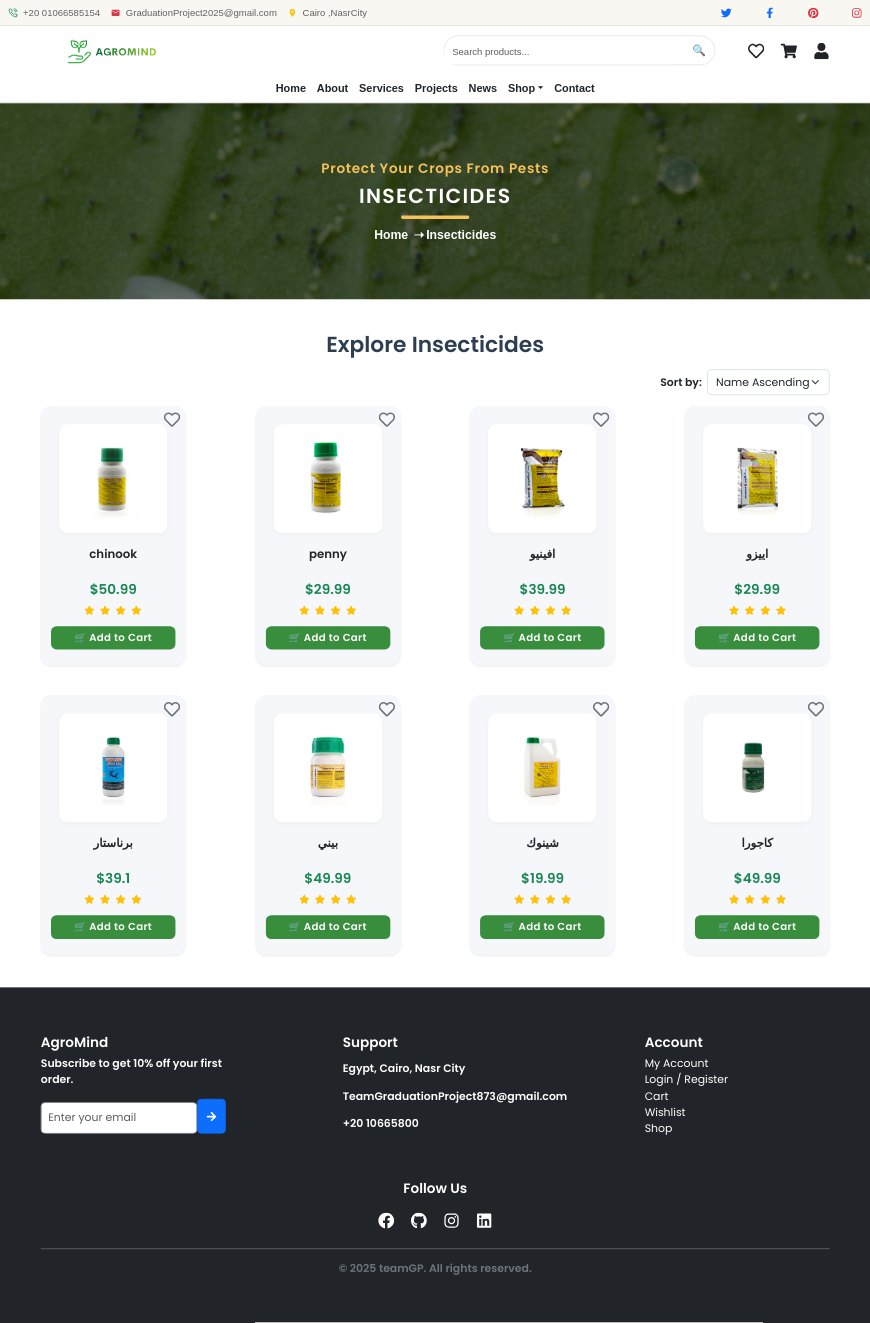
Repository: ShimaaMohamedRoshdi/WorkSpace-agromind
Page: /category/insecticides (app in agricultural-management-system-vs/agricultural-management-system-main/)
An editor plug-in stored every save of this project. The page is shown before and after the next save, followed by the edit.
The browser window is 1280 px wide. The pictures show the whole page, at 68% of full size.
Backgrounds fixed to the window are drawn as part of the page. The project was rebuilt for these pictures with package versions that can differ from the ones it lists, and the page was loaded fresh each time. Also part of the build but not shown: agricultural-management-system-vs/agricultural-management-system-main/vite.config.js, agricultural-management-system-vs/agricultural-management-system-main/services/api.jsx, agricultural-management-system-vs/agricultural-management-system-main/src/pages/SignUp.jsx, agricultural-management-system-vs/agricultural-management-system-main/src/pages/SignIn.jsx, agricultural-management-system-vs/agricultural-management-system-main/src/components/HealthyFoods.css, agricultural-management-system-vs/agricultural-management-system-main/src/components/HealthyFoods.jsx, agricultural-management-system-vs/agricultural-management-system-main/src/components/Products.jsx, agricultural-management-system-vs/agricultural-management-system-main/src/components/AgricultureSkill.jsx and 38 more.

Above is the page before, as saved 2025-05-03 01:46:56.

After the next save:
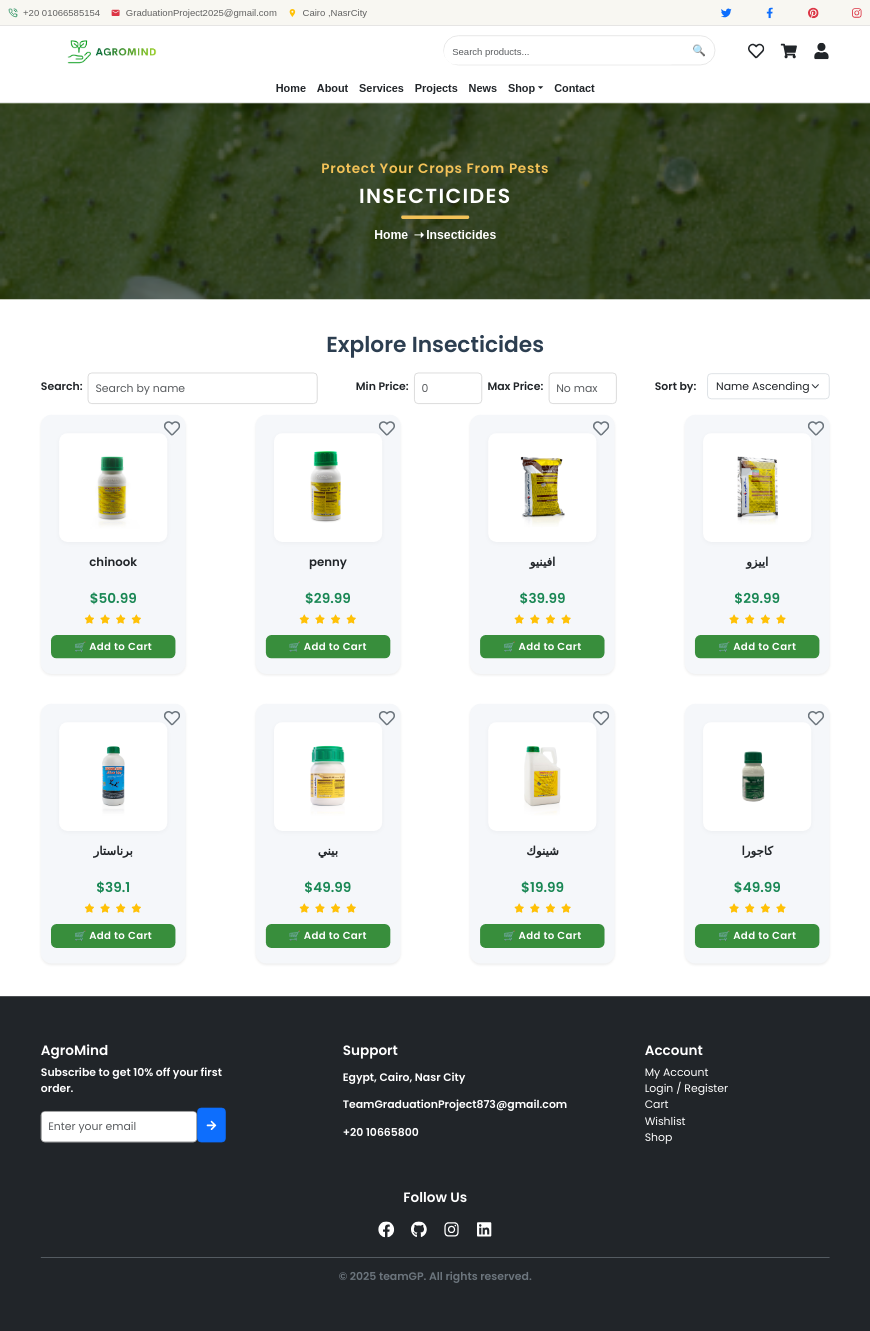
Saved 108 s later.
--- a/agricultural-management-system-vs/agricultural-management-system-main/src/pages/insecticides.JSX
+++ b/agricultural-management-system-vs/agricultural-management-system-main/src/pages/insecticides.JSX
@@ -6,12 +6,20 @@ import BannerInsecticides from "../components/BannerInsecticides";
 const Insecticides = () => {
   const products = useSelector((state) => state.product.products5);
   const [sortOption, setSortOption] = useState("nameAsc");
+  const [searchTerm, setSearchTerm] = useState("");
+  const [priceRange, setPriceRange] = useState({ min: 0, max: Infinity });
 
   if (!products || products.length === 0) {
     return <p className="text-center">No products available.</p>;
   }
 
-  const sortedProducts = [...products].sort((a, b) => {
+  const filteredProducts = products.filter((product) => {
+    const matchesSearch = product.name.toLowerCase().includes(searchTerm.toLowerCase());
+    const withinPriceRange = product.price >= priceRange.min && product.price <= priceRange.max;
+    return matchesSearch && withinPriceRange;
+  });
+
+  const sortedProducts = [...filteredProducts].sort((a, b) => {
     switch (sortOption) {
       case "nameAsc":
         return a.name.localeCompare(b.name);
@@ -26,34 +34,92 @@ const Insecticides = () => {
     }
   });
 
+  const handlePriceChange = (e) => {
+    const { name, value } = e.target;
+    setPriceRange((prev) => ({
+      ...prev,
+      [name]: value === "" ? (name === "min" ? 0 : Infinity) : Number(value),
+    }));
+  };
+
   return (
     <div>
       <BannerInsecticides />
       <div className="container py-5 ">
         <h2 className="text-center mb-3 fw-bold">Explore Insecticides</h2>
-        <div className="d-flex justify-content-end mb-3 align-items-center">
-          <label htmlFor="sort" className="me-2 fw-semibold">
-            Sort by:
-          </label>
-          <select
-            id="sort"
-            value={sortOption}
-            onChange={(e) => setSortOption(e.target.value)}
-            className="form-select w-auto"
-            style={{ minWidth: "180px", cursor: "pointer", borderRadius: "0.375rem", borderColor: "#ced4da", padding: "0.375rem 0.75rem" }}
-          >
-            <option value="nameAsc">Name Ascending</option>
-            <option value="nameDesc">Name Descending</option>
-            <option value="priceAsc">Price Ascending</option>
-            <option value="priceDesc">Price Descending</option>
-          </select>
+        <div className="d-flex justify-content-between mb-3 align-items-center flex-wrap gap-3">
+          <div className="d-flex align-items-center gap-2">
+            <label htmlFor="search" className="fw-semibold">
+              Search:
+            </label>
+            <input
+              type="text"
+              id="search"
+              value={searchTerm}
+              onChange={(e) => setSearchTerm(e.target.value)}
+              className="form-control"
+              placeholder="Search by name"
+              style={{ minWidth: "200px" }}
+            />
+          </div>
+          <div className="d-flex align-items-center gap-2">
+            <label htmlFor="minPrice" className="fw-semibold">
+              Min Price:
+            </label>
+            <input
+              type="number"
+              id="minPrice"
+              name="min"
+              value={priceRange.min === 0 ? "" : priceRange.min}
+              onChange={handlePriceChange}
+              className="form-control"
+              placeholder="0"
+              style={{ width: "100px" }}
+              min="0"
+            />
+            <label htmlFor="maxPrice" className="fw-semibold">
+              Max Price:
+            </label>
+            <input
+              type="number"
+              id="maxPrice"
+              name="max"
+              value={priceRange.max === Infinity ? "" : priceRange.max}
+              onChange={handlePriceChange}
+              className="form-control"
+              placeholder="No max"
+              style={{ width: "100px" }}
+              min="0"
+            />
+          </div>
+          <div className="d-flex justify-content-end align-items-center gap-2">
+            <label htmlFor="sort" className="me-2 fw-semibold">
+              Sort by:
+            </label>
+            <select
+              id="sort"
+              value={sortOption}
+              onChange={(e) => setSortOption(e.target.value)}
+              className="form-select w-auto"
+              style={{ minWidth: "180px", cursor: "pointer", borderRadius: "0.375rem", borderColor: "#ced4da", padding: "0.375rem 0.75rem" }}
+            >
+              <option value="nameAsc">Name Ascending</option>
+              <option value="nameDesc">Name Descending</option>
+              <option value="priceAsc">Price Ascending</option>
+              <option value="priceDesc">Price Descending</option>
+            </select>
+          </div>
         </div>
         <div className="row row-cols-1 row-cols-md-3 row-cols-lg-5 g-4">
-          {sortedProducts.map((product) => (
-            <div key={product.id} className="col">
-              <ProductCard product={product} />
-            </div>
-          ))}
+          {sortedProducts.length === 0 ? (
+            <p className="text-center fw-semibold fs-5">No products found matching your criteria.</p>
+          ) : (
+            sortedProducts.map((product) => (
+              <div key={product.id} className="col">
+                <ProductCard product={product} />
+              </div>
+            ))
+          )}
         </div>
       </div>
     </div>
